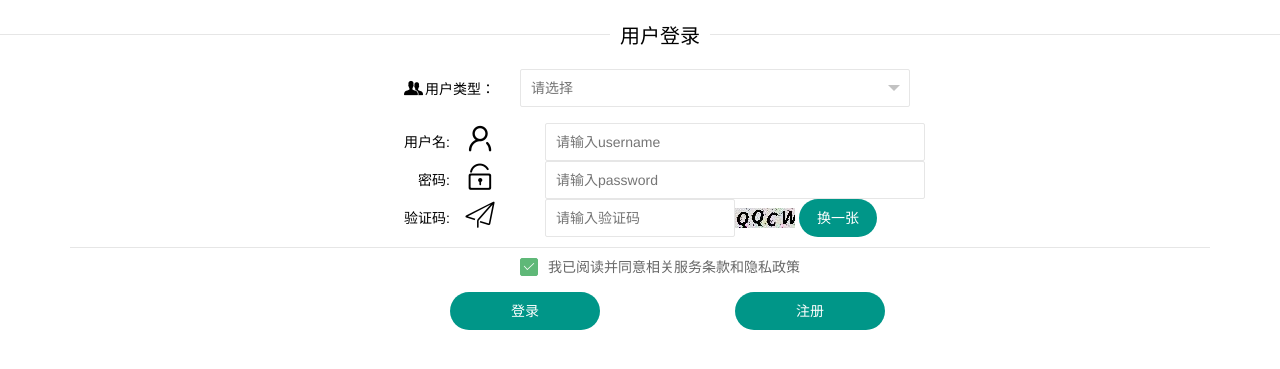
Repository: LongJinhe-coder/java-web-
Page: http://localhost/projectDemo1/changecheckcode
These files come from the project's save history. The page is drawn as it stood at one moment and after the next save; the edit follows.
The browser window is 1280 px wide. The pictures show the whole page.
The page is served by Tomcat 9.

Above is the page before, as saved 2020-07-27 05:50:16.

After the next save:
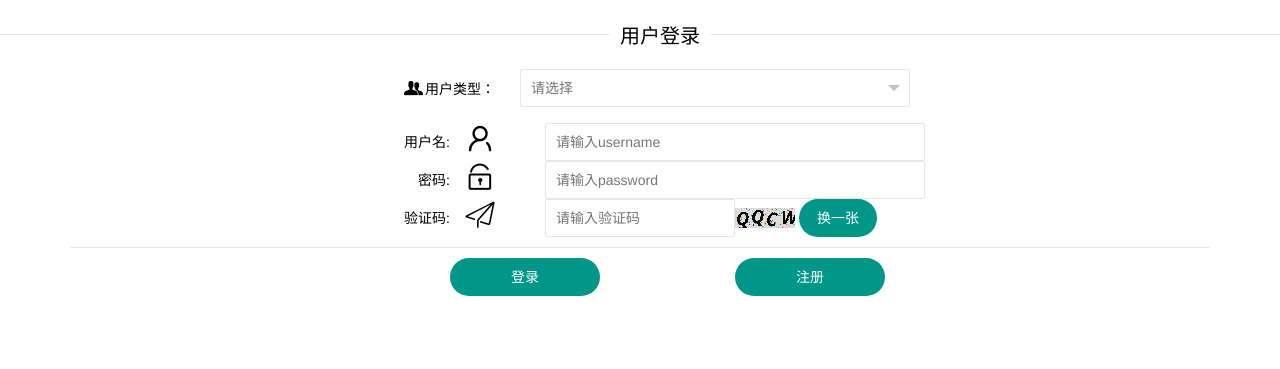
Saved 40 s later.
--- a/MyEclipse CI/projectDemo1/WebRoot/login.jsp
+++ b/MyEclipse CI/projectDemo1/WebRoot/login.jsp
@@ -68,10 +68,7 @@ String basePath = request.getScheme()+"://"+request.getServerName()+":"+request.
     </div>
 
   <hr></hr>
-  <div class="layui-row">
-   <div style="margin-left:450px"><input type="checkbox" name="" title="我已阅读并同意相关服务条款和隐私政策" lay-skin="primary" checked></div>
-    </div>
-   <div>&nbsp;</div>
+
   <div class="layui-row">
    <div class="layui-col-md2 layui-col-md-offset4 "><input type="button" id="Login" onclick="doLogin()" class="layui-btn layui-btn-radius" style="width: 150px;"value="登录"/></div>
     <div class="layui-col-md2 layui-col-md-offset1"><input type="button" id="register"  onclick="doRegister()" class="layui-btn layui-btn-radius" style="width: 150px;"value="注册"/></div>
